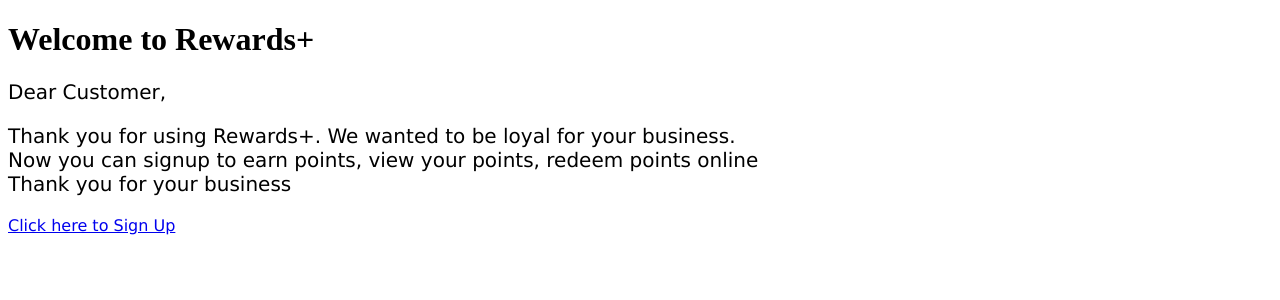
Repository: ahpraveen/springbootdemo
Page: demo/src/main/resources/static/home.html
These files come from the project's save history. The page is drawn as it stood at one moment and after the next save; the edit follows.
The browser window is 1280 px wide. The pictures show the whole page.

Above is the page before, as saved 2018-01-22 00:14:03.

After the next save:
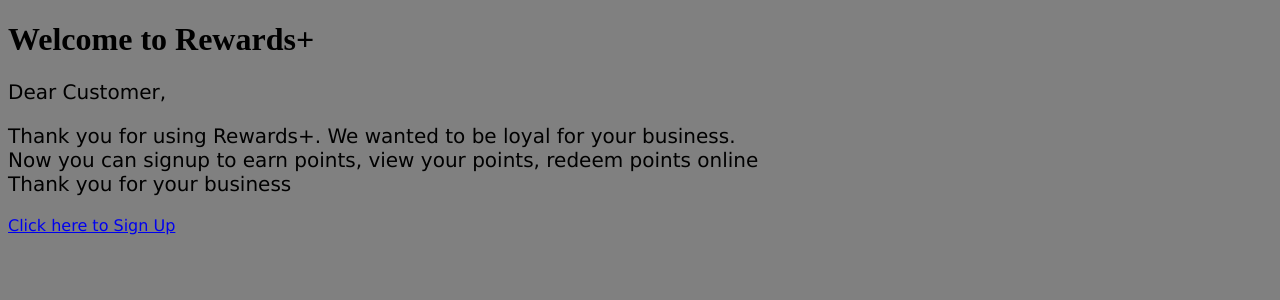
Saved 2 min 14 s later.
--- a/demo/src/main/resources/static/home.html
+++ b/demo/src/main/resources/static/home.html
@@ -4,6 +4,9 @@
 <meta charset="UTF-8">
 <title>Home - Rewards+</title>
 <style>
+body{
+background-color:grey
+}
 p{
    font-family: verdana;
    font-size: 20px;
